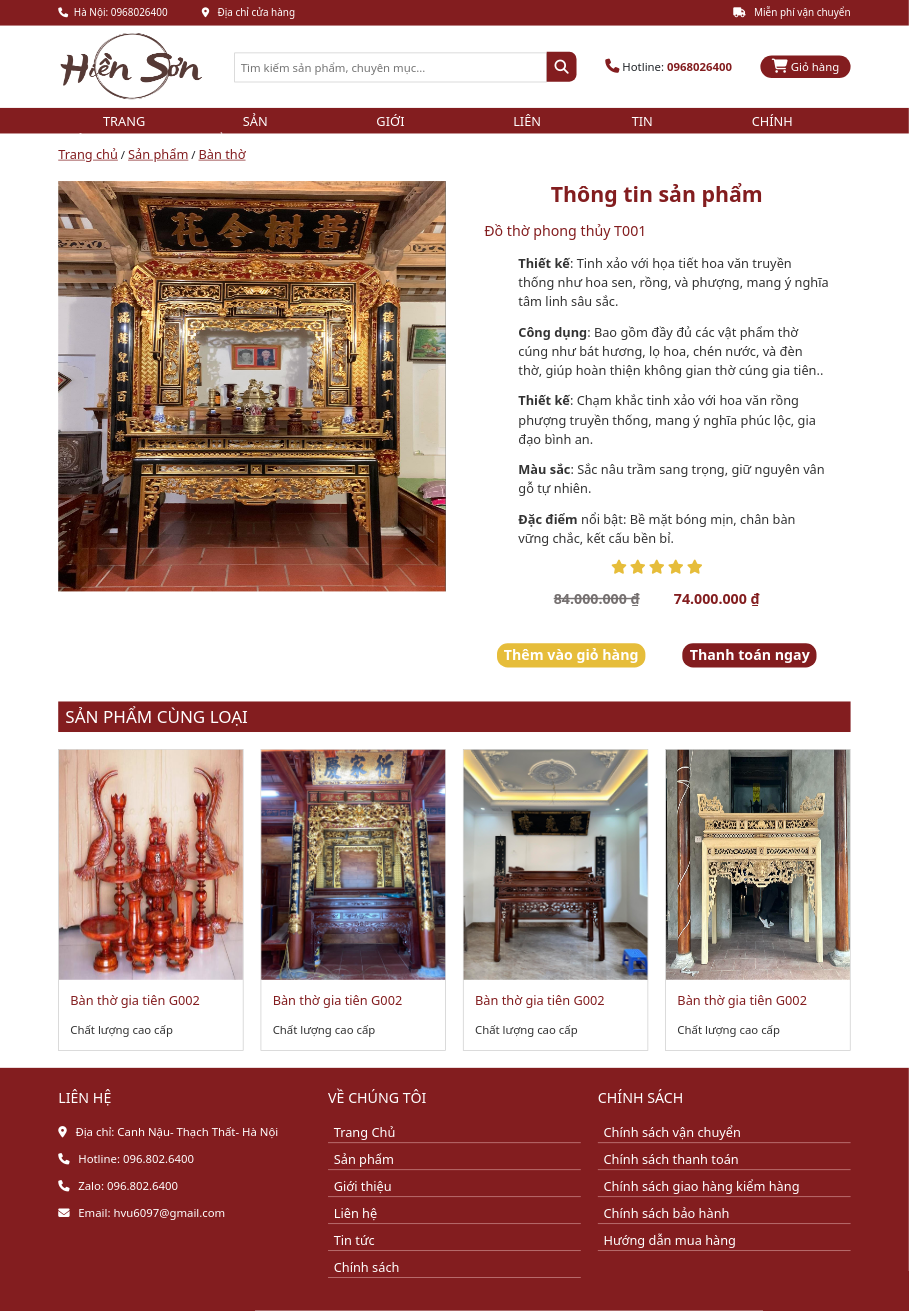
Repository: hoang28092000/do_go_hien_son
Page: product_details/do_tho-t001.html
These files come from the project's save history. The page is drawn as it stood at one moment and after the next save; the edit follows.
The browser window is 1280 px wide. The pictures show the whole page, at 71% of full size.
Some web libraries are served in a nearby version.

Above is the page before, as saved 2024-08-10 22:27:33.

After the next save:
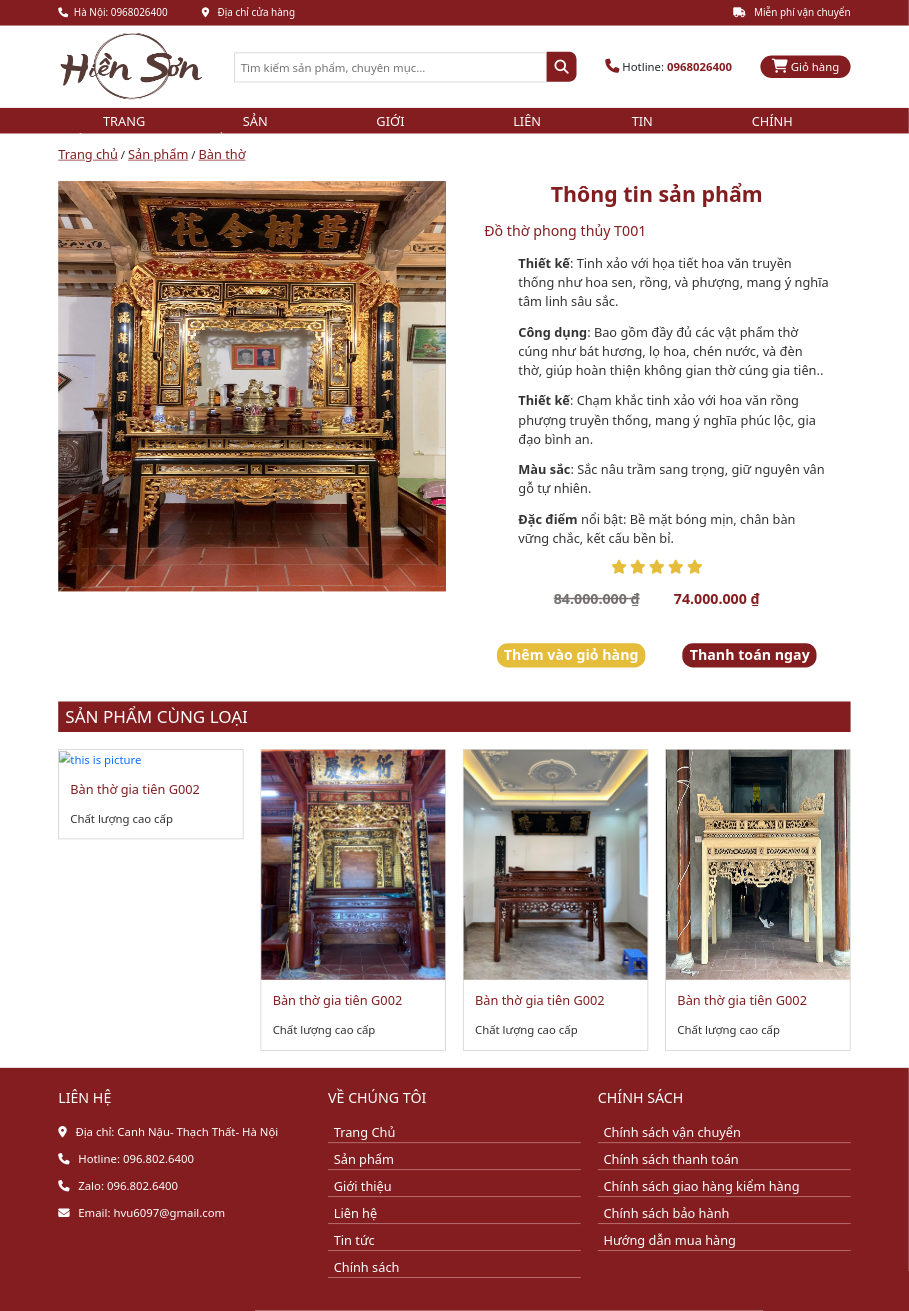
Not found: asset/image/do.jfif
Saved 11 s later.
--- a/product_details/do_tho-t001.html
+++ b/product_details/do_tho-t001.html
@@ -134,7 +134,7 @@
                     <div class="col-lg-3">
                         <a href="" class="a-link_pd">
                             <div class="card-pd">
-                                <img src="../asset/image/do_tho01.jpg" alt="this is picture" class="w-100 img-relate">
+                                <img src="../asset/image/do.jfif" alt="this is picture" class="w-100 img-relate">
                                 <p class="name-product_r mt-3 px-3">Bàn thờ gia tiên G002</p>
                                 <p class="info-pd_r px-3">Chất lượng cao cấp</p>
                             </div>

After the save that followed:
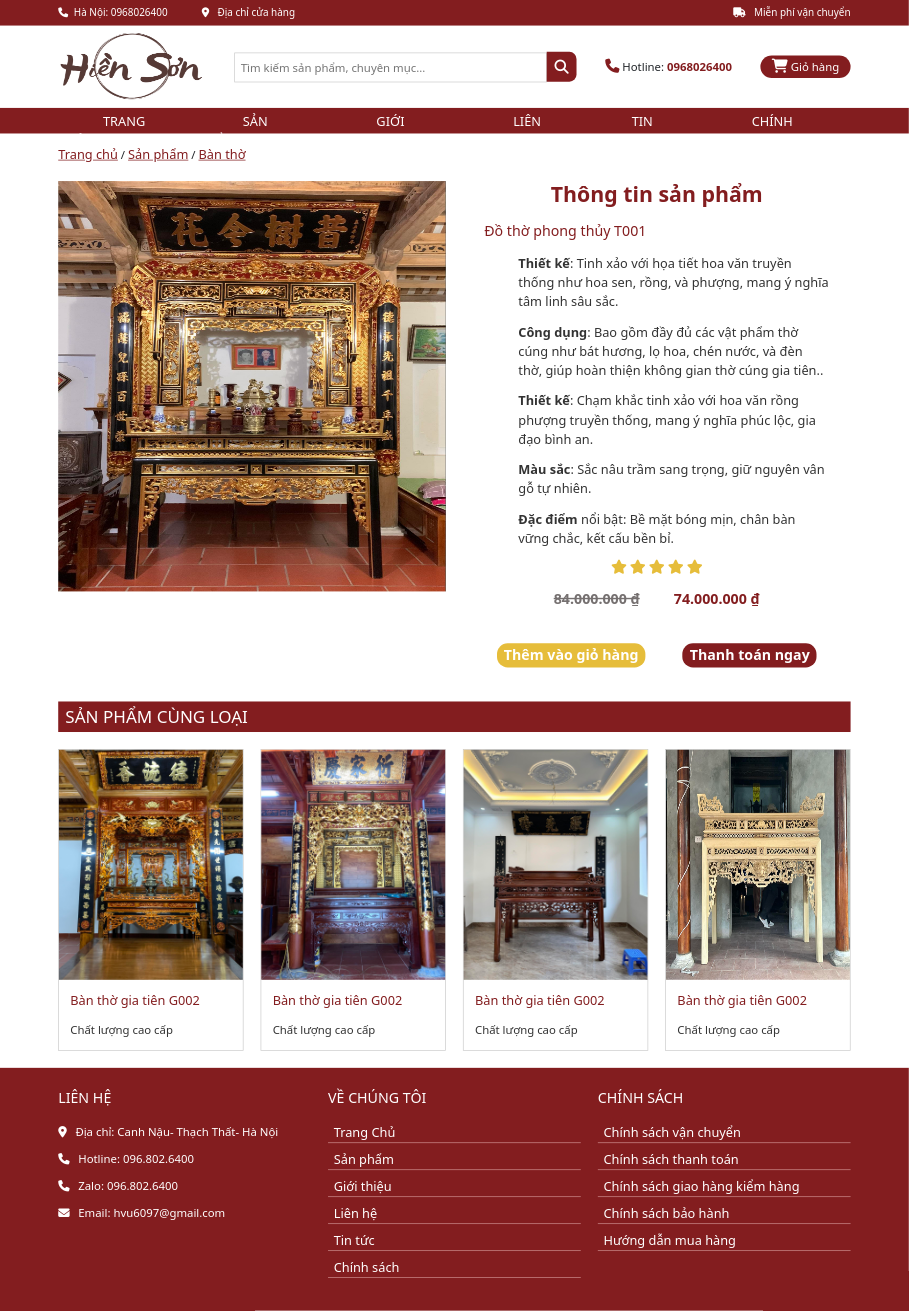
Saved 4 s later.
--- a/product_details/do_tho-t001.html
+++ b/product_details/do_tho-t001.html
@@ -134,7 +134,7 @@
                     <div class="col-lg-3">
                         <a href="" class="a-link_pd">
                             <div class="card-pd">
-                                <img src="../asset/image/do.jfif" alt="this is picture" class="w-100 img-relate">
+                                <img src="../asset/image/anhn3.jfif" alt="this is picture" class="w-100 img-relate">
                                 <p class="name-product_r mt-3 px-3">Bàn thờ gia tiên G002</p>
                                 <p class="info-pd_r px-3">Chất lượng cao cấp</p>
                             </div>
